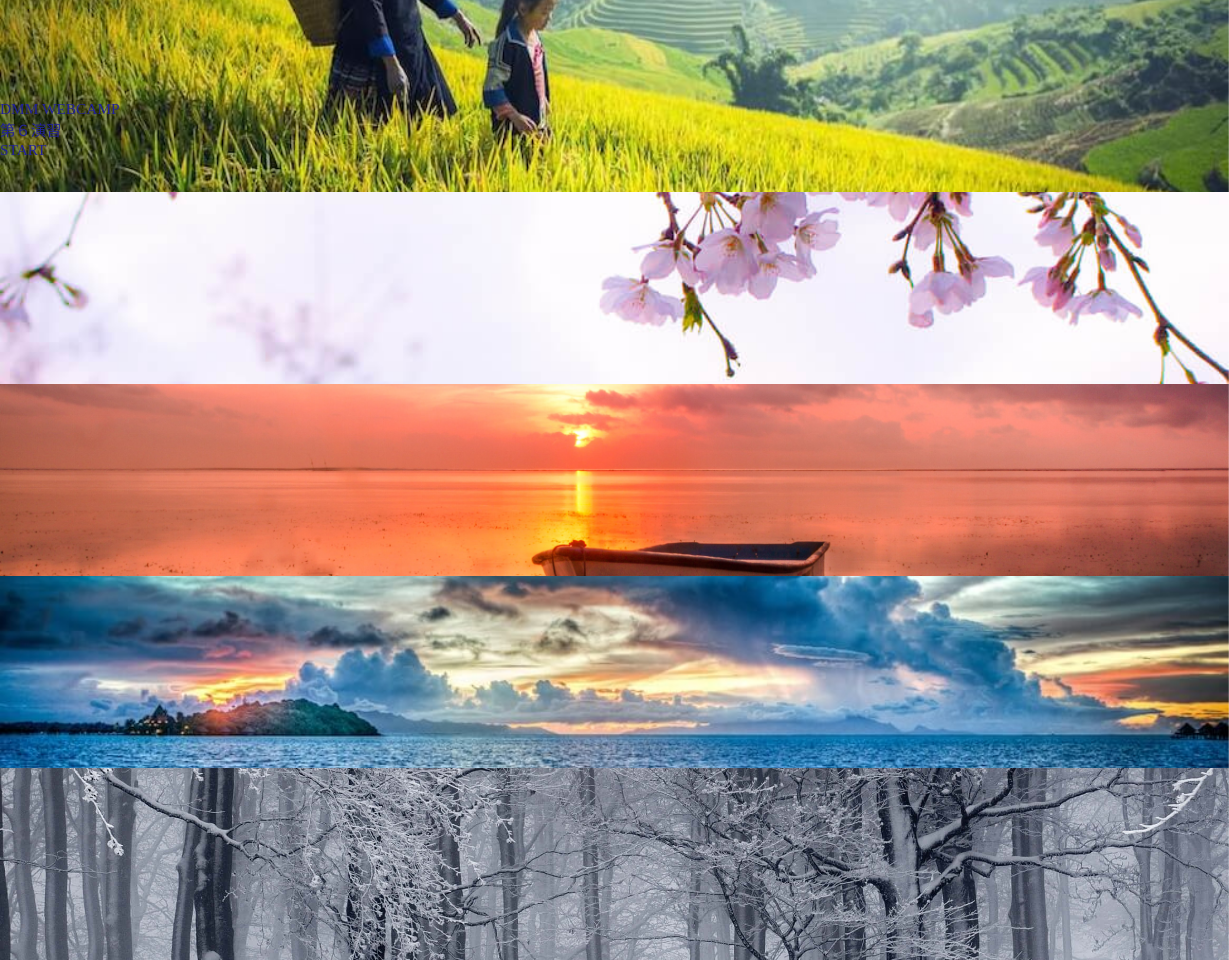
Repository: daisuketoyota/dmmwebxamp-toyota
Page: infratop/index.html
The author's editor kept a record of every edit. The page is drawn from the files as they stood at one moment, then again after the next edit.
The browser window is 1280 px wide. The pictures show the whole page, at 96% of full size.

Above is the page before.

After the next edit:
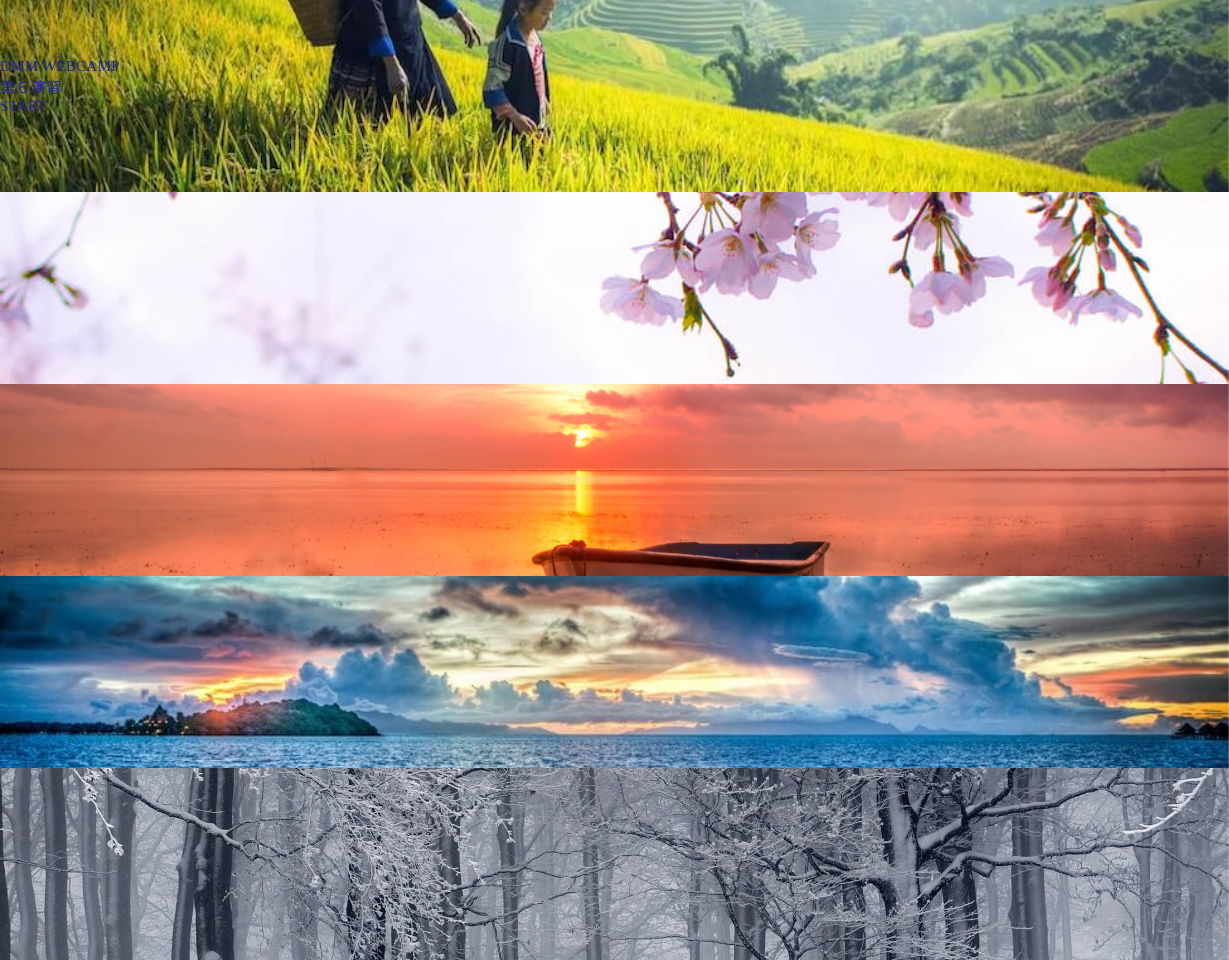
The edit:
--- a/infratop/style.css
+++ b/infratop/style.css
@@ -10,7 +10,7 @@
     background-image: url(img/asia.jpg);
     background-size: cover;
     background-position: center;
-    padding-top: 105px; /* 上側の内側余白で垂直方向の位置を調整 */
+    padding-top: 60px; /* 上側の内側余白で垂直方向の位置を調整 */
 }
 
 .dmmtext{
